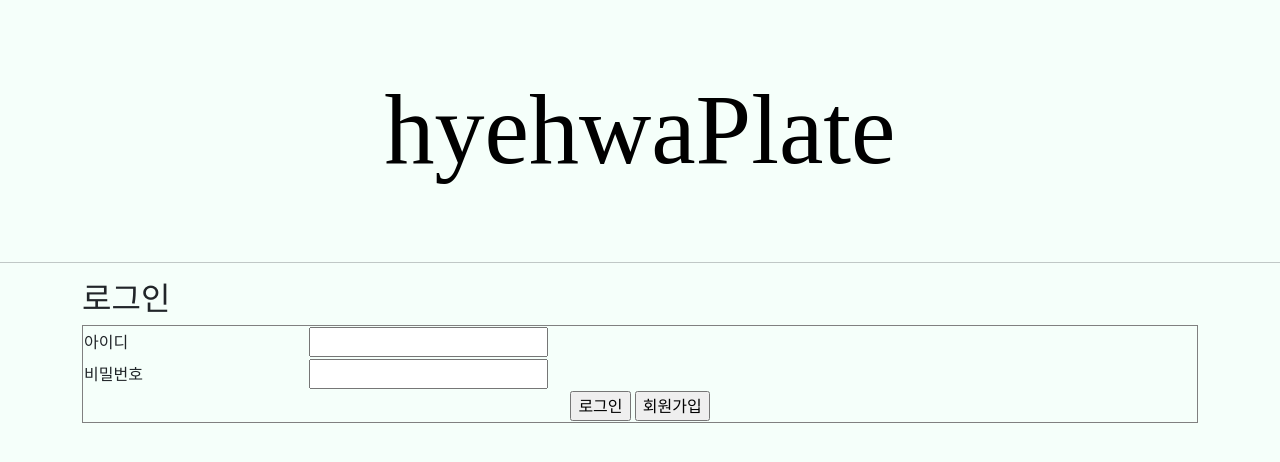
Repository: hongminhwa/khStudy
Page: http://localhost/jsp02/hyehwa/login.jsp
The author's editor kept a copy of each file at every save. The page is drawn from the files as they stood at one save, then again after the next save.
The browser window is 1280 px wide. The pictures show the whole page.
The page is served by Tomcat 9.

Above is the page before, as saved 2023-05-01 11:18:20.

After the next save:
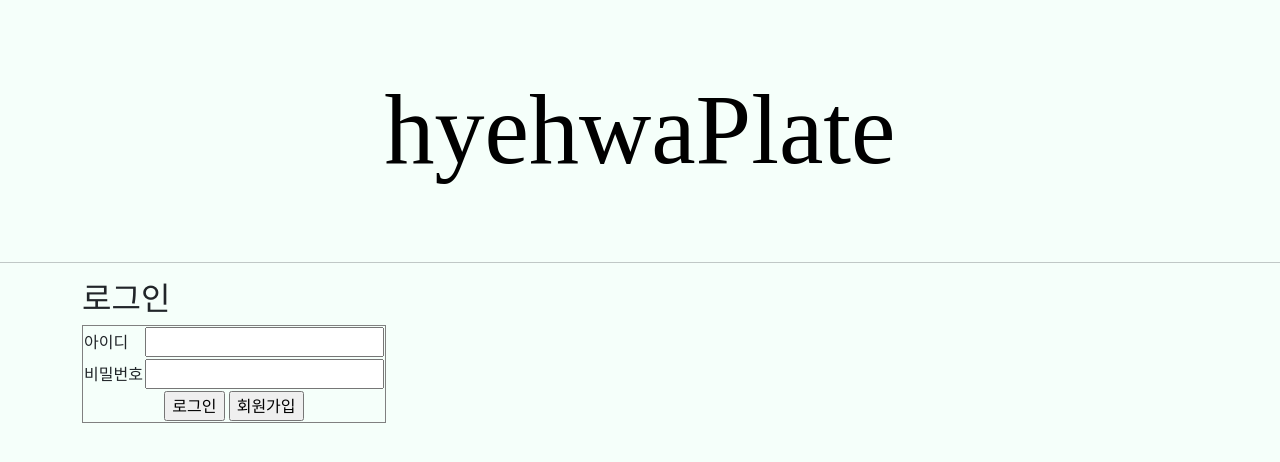
Saved 15 s later.
--- a/work_javaKH/work_javaKH/jsp02/src/main/webapp/hyehwa/login.jsp
+++ b/work_javaKH/work_javaKH/jsp02/src/main/webapp/hyehwa/login.jsp
@@ -78,7 +78,7 @@ body {
 <div  class="container">
 <h2>로그인</h2>
 <form name="form1" method="post">
-<table border="1" style="width: 100%;">
+<table border="1" style="w idth: 100%;">
 	<tr>
 		<td>아이디</td>
 		<td><input name="userid" id="userid"></td>
